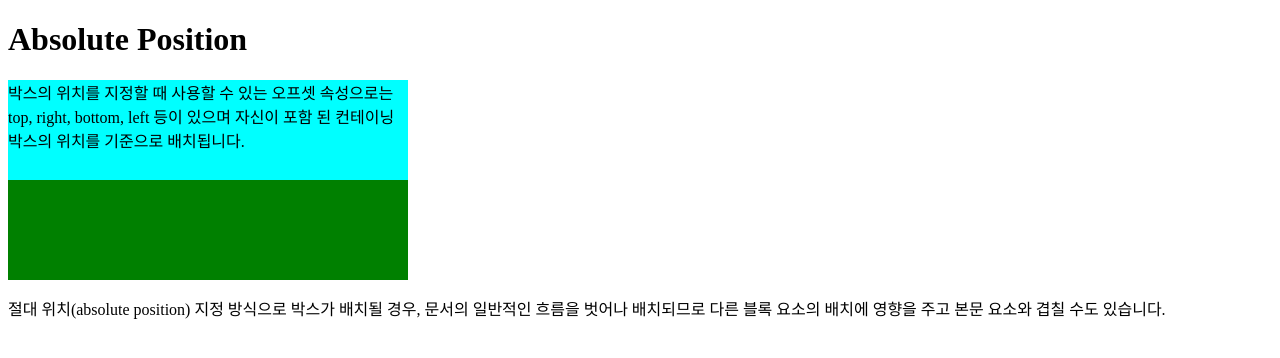
Repository: gus-123/Edu_KCC_HTML
Page: CSS/WebContent/css_exam05.html
An editor plug-in stored every save of this project. The page is shown before and after the next save, followed by the edit.
The browser window is 1280 px wide. The pictures show the whole page.

Above is the page before, as saved 2024-07-09 05:28:13.

### CSS/WebContent/css_exam05.html
<!DOCTYPE html PUBLIC "-//W3C//DTD XHTML 1.0 Transitional//EN" "http://www.w3.org/TR/xhtml1/DTD/xhtml1-transitional.dtd">
<html xmlns="http://www.w3.org/1999/xhtml" xml:lang="ko">
<head>
<title>absolute position을 이용한 박스의 배치</title>
<meta http-equiv="content-type" content="text/html; charset=euc-kr" />
<style type="text/css">
div {
	width: 400px;
	height: 200px;
	background: green;
}

p.abs {
	widows: 300px;
	height: 100px;
	background: aqua;
}
</style>
</head>
<body>
	<h1>Absolute Position</h1>
	<div>
		<p class="abs">박스의 위치를 지정할 때 사용할 수 있는 오프셋 속성으로는 top, right,
			bottom, left 등이 있으며 자신이 포함 된 컨테이닝 박스의 위치를 기준으로 배치됩니다.</p>
	</div>
	<p>절대 위치(absolute position) 지정 방식으로 박스가 배치될 경우, 문서의 일반적인 흐름을 벗어나
		배치되므로 다른 블록 요소의 배치에 영향을 주고 본문 요소와 겹칠 수도 있습니다.</p>
</body>
</html>

After the next save:
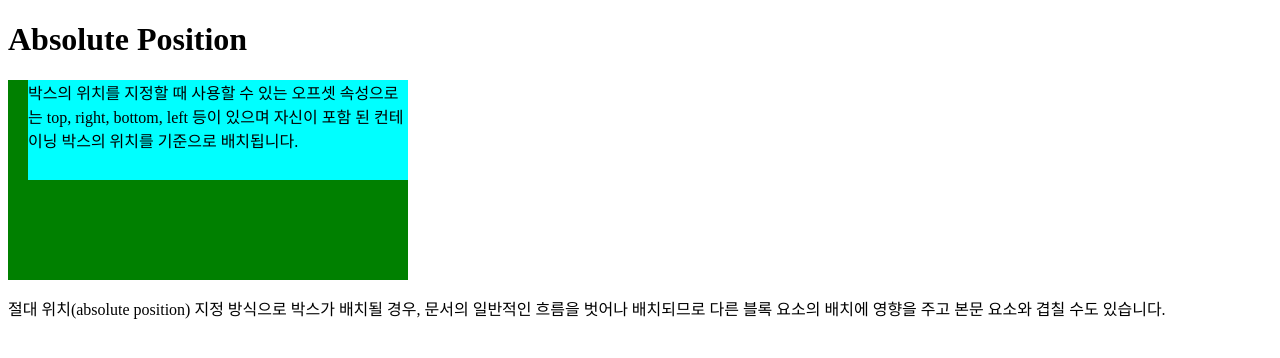
Saved 13 s later.
--- a/CSS/WebContent/css_exam05.html
+++ b/CSS/WebContent/css_exam05.html
@@ -14,6 +14,7 @@ p.abs {
 	widows: 300px;
 	height: 100px;
 	background: aqua;
+	margin-left: 20px;
 }
 </style>
 </head>
